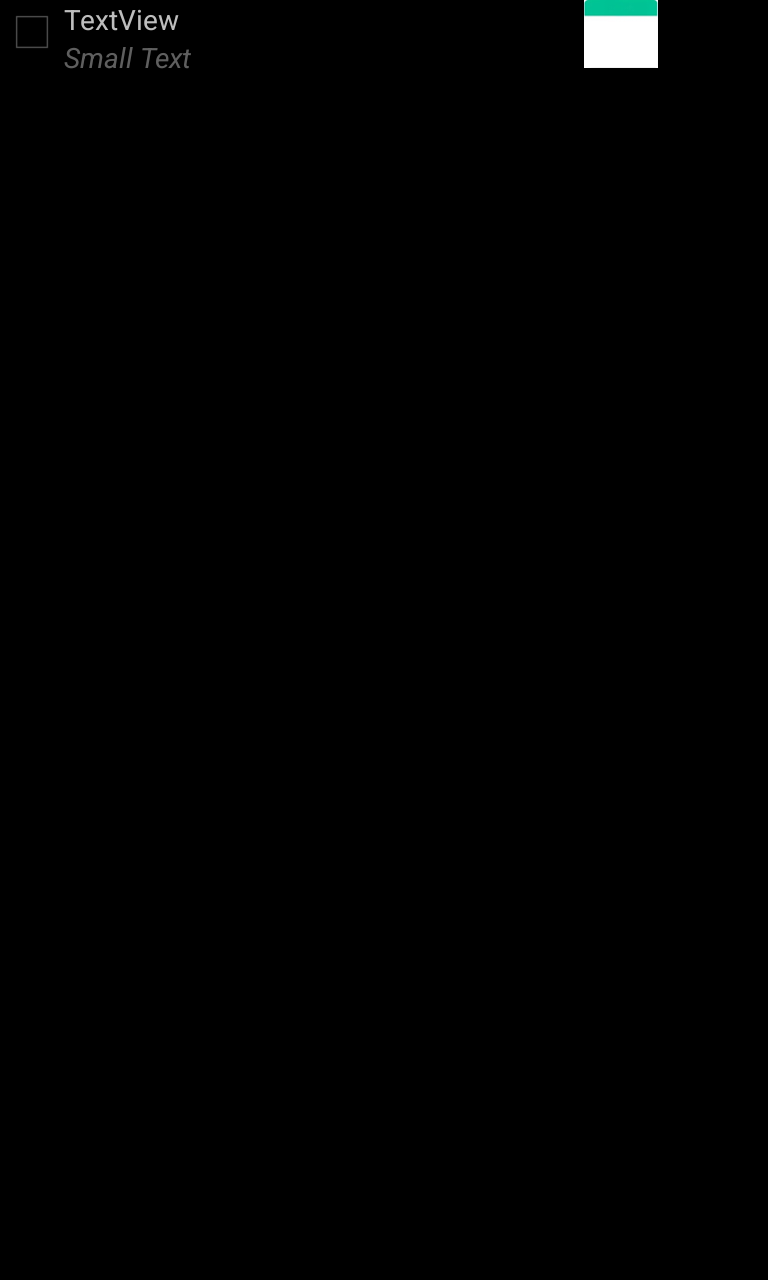
Repository: Damaitan/JTD
Layout: Mobile/res/layout/task_folder_item.xml
These files come from the project's save history. The layout is drawn as it stood at one moment and after the next save; the edit follows.
It is drawn on a 768 x 1280 px phone screen (xhdpi) without system bars, with theme android:Theme.Holo; the app's code is not run.

Above is the layout before, as saved 2015-01-09 08:35:56.

### Mobile/res/layout/task_folder_item.xml
<?xml version="1.0" encoding="utf-8"?>
<GridLayout xmlns:android="http://schemas.android.com/apk/res/android"
    android:id="@+id/task_folder_item"
    android:layout_width="fill_parent"
    android:layout_height="match_parent"
    android:layout_gravity="fill_horizontal"
    android:columnCount="4"
    android:rowCount="2" >

    <CheckBox
        android:id="@+id/task_folder_item_check"
        android:layout_width="wrap_content"
        android:layout_column="0"
        android:layout_gravity="top|start"
        android:layout_row="0"
        android:layout_rowSpan="2"
        android:text="" />

    <TextView
        android:id="@+id/task_folder_item_name"
        android:layout_width="260dp"
        android:layout_column="1"
        android:layout_gravity="left"
        android:layout_row="0"
        android:gravity="fill_horizontal"
        android:text="TextView" />

    <TextView
        android:id="@+id/task_folder_item_tag"
        android:layout_width="258dp"
        android:layout_column="1"
        android:layout_gravity="left"
        android:layout_row="1"
        android:cursorVisible="false"
        android:enabled="false"
        android:gravity="fill_horizontal"
        android:inputType="none"
        android:text="Small Text"
        android:textAppearance="?android:attr/textAppearanceSmall"
        android:textStyle="italic" />

    <Button
        android:id="@+id/task_folder_item_btn_date"
        style="?android:attr/buttonStyleSmall"
        android:layout_width="37dp"
        android:layout_height="34dp"
        android:layout_column="2"
        android:layout_gravity="end"
        android:layout_row="0"
        android:layout_rowSpan="2"
        android:background="@drawable/task_folder_date"
        android:lines="2"
        android:maxLines="2"
        android:minLines="2"
        android:textColor="@android:color/black" />

</GridLayout>

After the next save:
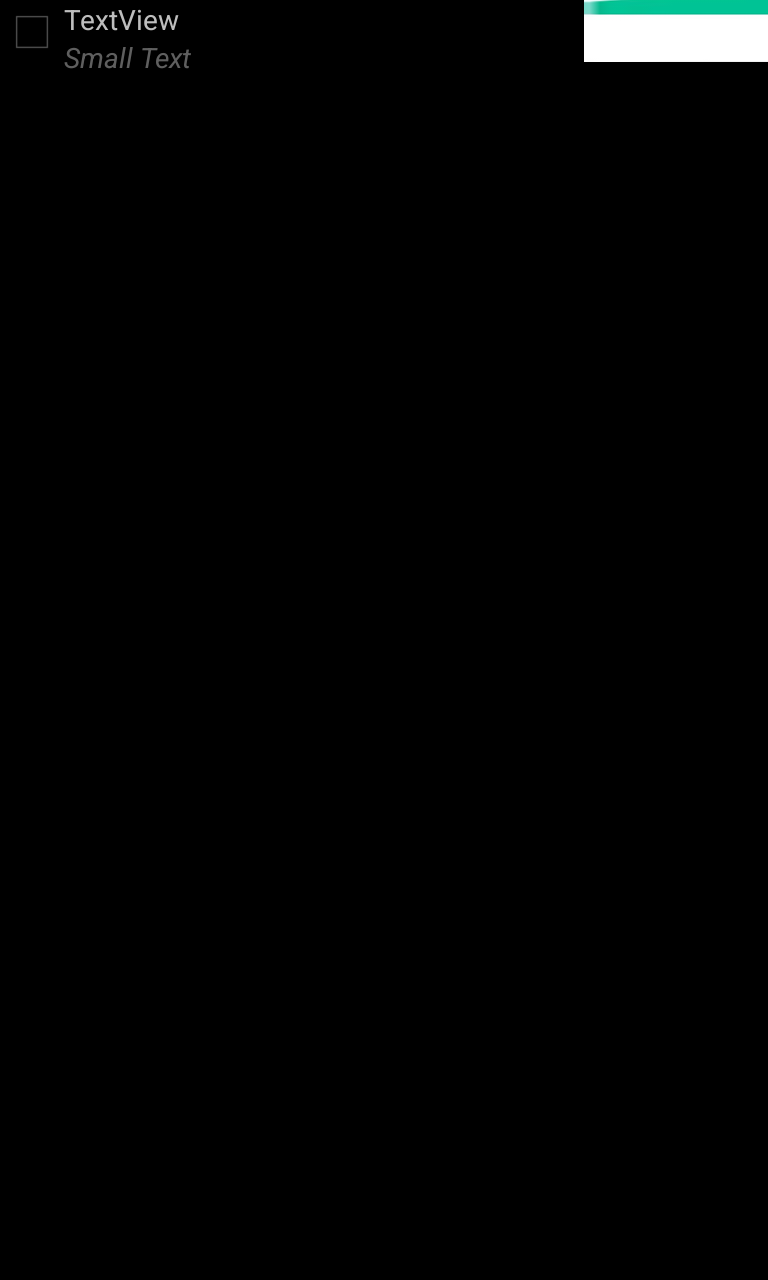
Saved 11 min 51 s later.
--- a/Mobile/res/layout/task_folder_item.xml
+++ b/Mobile/res/layout/task_folder_item.xml
@@ -42,10 +42,10 @@
     <Button
         android:id="@+id/task_folder_item_btn_date"
         style="?android:attr/buttonStyleSmall"
-        android:layout_width="37dp"
-        android:layout_height="34dp"
+        android:layout_width="fill_parent"
+        android:layout_height="31dp"
         android:layout_column="2"
-        android:layout_gravity="end"
+        android:layout_gravity="right"
         android:layout_row="0"
         android:layout_rowSpan="2"
         android:background="@drawable/task_folder_date"
